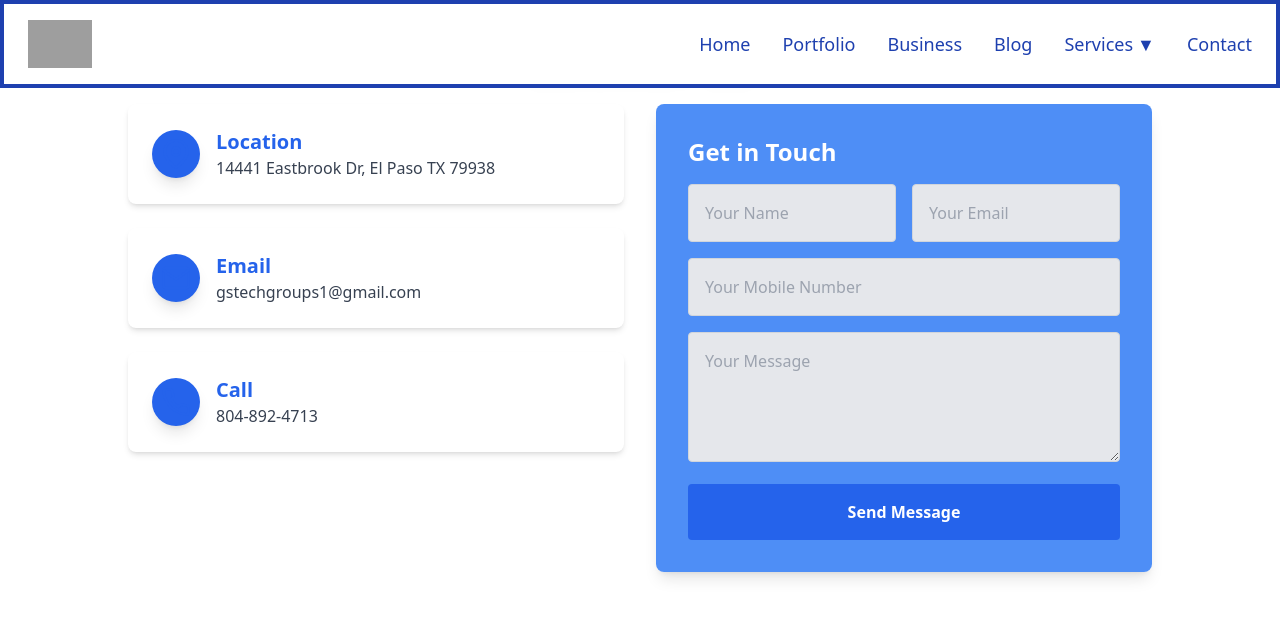
Repository: Rudra-Eswaran/Rudra_Official
Page: /
The author's editor kept a copy of each file at every save. The page is drawn from the files as they stood at one save, then again after the next save.
The browser window is 1280 px wide. The pictures show the whole page.
Pictures or frames that could not be fetched are drawn as grey boxes. Some web libraries are served in a nearby version. The project was rebuilt for these pictures with package versions that can differ from the ones it lists, and the page was loaded fresh each time. Also part of the build but not shown: vite.config.js.

Above is the page before, as saved 2025-04-15 18:54:12.

### index.html
<!doctype html>
<html lang="en">
  <head>
    <meta charset="UTF-8" />
    <link rel="icon" type="image/svg+xml" href="/vite.svg" />
    <meta name="viewport" content="width=device-width, initial-scale=1.0" />
    <title>Rudra Loading</title>
    <!-- Tailwind CSS CDN -->
<script src="https://cdn.tailwindcss.com"></script>

  </head>
  <body>
    <div id="root"></div>
    <script type="module" src="/src/main.jsx"></script>
  </body>
</html>

### src/App.jsx
import Navbar from "./components/Navbar";
import Contact from "./pages/Contactus";

export default function App() {
  return (
    <>
      <Navbar />
      <Contact/>
    </>
  );
}

### src/components/Navbar.jsx
import { useState, useEffect } from "react";
import { Link } from "react-router-dom";

const Navbar = () => {
  const [isOpen, setIsOpen] = useState(false);
  const [scrolled, setScrolled] = useState(false);

  // Detect when the user scrolls to change the navbar style
  useEffect(() => {
    const handleScroll = () => {
      setScrolled(window.scrollY > 10);
    };
    window.addEventListener("scroll", handleScroll);
    return () => window.removeEventListener("scroll", handleScroll);
  }, []);

  return (
    <nav
      className={`fixed top-0 left-0 w-full z-10 py-4 transition-all duration-300 ease-in-out ${
        scrolled ? "bg-white shadow-lg" : "bg-white"
      } border-4 border-blue-800`}
    >
      <div className="container-fluid px-4 md:px-6 mx-auto flex justify-between items-center">
        {/* Logo */}
        <div className="flex items-center space-x-2">
          <img
            src="path_to_your_logo.gif"
            alt="Logo"
            className="h-12 w-auto transition-transform transform hover:scale-110"
          />
        </div>

        {/* Desktop Menu */}
        <ul className="hidden md:flex space-x-8 text-lg font-medium text-blue-800">
          <li>
            <Link
              to="/"
              className="hover:text-blue-300 transition duration-300 ease-in-out transform hover:scale-105"
            >
              Home
            </Link>
          </li>
          <li>
            <Link
              to="/portfolio"
              className="hover:text-blue-300 transition duration-300 ease-in-out transform hover:scale-105"
            >
              Portfolio
            </Link>
          </li>
          <li>
            <Link
              to="/business"
              className="hover:text-blue-300 transition duration-300 ease-in-out transform hover:scale-105"
            >
              Business
            </Link>
          </li>
          <li>
            <Link
              to="/blog"
              className="hover:text-blue-300 transition duration-300 ease-in-out transform hover:scale-105"
            >
              Blog
            </Link>
          </li>

          {/* Services Dropdown */}
          <li className="relative">
            <button
              onClick={() => setIsOpen(!isOpen)}
              className="flex items-center hover:text-blue-300 transition duration-300 ease-in-out transform hover:scale-105"
            >
              Services
              <span className="ml-1 text-lg">{isOpen ? "▲" : "▼"}</span> {/* Chevron Arrow */}
            </button>
            {isOpen && (
              <ul className="absolute left-0 mt-2 space-y-2 bg-white shadow-lg text-blue-800 p-4 rounded-lg w-48">
                <li>
                  <Link
                    to="/products"
                    onClick={() => setIsOpen(false)}
                    className="block text-sm hover:text-blue-500 transition duration-300 ease-in-out transform hover:scale-105"
                  >
                    Products
                  </Link>
                </li>
                <li>
                  <Link
                    to="/services"
                    onClick={() => setIsOpen(false)}
                    className="block text-sm hover:text-blue-500 transition duration-300 ease-in-out transform hover:scale-105"
                  >
                    Services
                  </Link>
                </li>
                <li>
                  <Link
                    to="/edtech"
                    onClick={() => setIsOpen(false)}
                    className="block text-sm hover:text-blue-500 transition duration-300 ease-in-out transform hover:scale-105"
                  >
                    Edtech
                  </Link>
                </li>
              </ul>
            )}
          </li>

          <li>
            <Link
              to="/contact"
              className="hover:text-blue-300 transition duration-300 ease-in-out transform hover:scale-105"
            >
              Contact
            </Link>
          </li>
        </ul>

        {/* Mobile Menu Button */}
        <div className="md:hidden">
          <button
            onClick={() => setIsOpen(!isOpen)}
            className="text-blue-800 text-2xl transition-all ease-in-out duration-300"
          >
            {isOpen ? '❌' : '☰'}
          </button>
        </div>
      </div>

      {/* Mobile Menu */}
      {isOpen && (
        <ul className="md:hidden bg-white text-blue-800 p-6 space-y-4">
          <li>
            <Link
              to="/"
              onClick={() => setIsOpen(false)}
              className="block text-lg hover:text-blue-300 transition-all duration-300"
            >
              Home
            </Link>
          </li>
          <li>
            <Link
              to="/portfolio"
              onClick={() => setIsOpen(false)}
              className="block text-lg hover:text-blue-300 transition-all duration-300"
            >
              Portfolio
            </Link>
          </li>
          <li>
            <Link
              to="/business"
              onClick={() => setIsOpen(false)}
              className="block text-lg hover:text-blue-300 transition-all duration-300"
            >
              Business
            </Link>
          </li>
          <li>
            <Link
              to="/blog"
              onClick={() => setIsOpen(false)}
              className="block text-lg hover:text-blue-300 transition-all duration-300"
            >
              Blog
            </Link>
          </li>

          {/* Services Dropdown in Mobile */}
          <li className="relative">
            <button
              onClick={() => setIsOpen(!isOpen)}
              className="block text-lg hover:text-blue-300 transition-all duration-300 w-full text-left"
            >
              Services <span className="ml-1 text-lg">{isOpen ? "▲" : "▼"}</span> {/* Chevron Arrow */}
            </button>
            {isOpen && (
              <ul className="space-y-2 pl-4">
                <li>
                  <Link
                    to="/products"
                    onClick={() => setIsOpen(false)}
                    className="text-sm hover:text-blue-500 transition duration-300 ease-in-out transform hover:scale-105"
                  >
                    Products
                  </Link>
                </li>
                <li>
                  <Link
                    to="/services"
                    onClick={() => setIsOpen(false)}
                    className="text-sm hover:text-blue-500 transition duration-300 ease-in-out transform hover:scale-105"
                  >
                    Services
                  </Link>
                </li>
                <li>
                  <Link
                    to="/edtech"
                    onClick={() => setIsOpen(false)}
                    className="text-sm hover:text-blue-500 transition duration-300 ease-in-out transform hover:scale-105"
                  >
                    Edtech
                  </Link>
                </li>
              </ul>
            )}
          </li>

          <li>
            <Link
              to="/contact"
              onClick={() => setIsOpen(false)}
              className="block text-lg hover:text-blue-300 transition-all duration-300"
            >
              Contact
            </Link>
          </li>
        </ul>
      )}
    </nav>
  );
};

export default Navbar;

### src/pages/Contactus.jsx
import React, { useState } from "react";
import { motion } from "framer-motion";
import { FiPhone, FiMail, FiMapPin, FiX } from "react-icons/fi";  // Using react-icons for Phone, Email, Location
import { CONTACT_INFO, MODAL_MESSAGES, FORM_FIELDS, BUTTON_LABELS } from "../Constants"; // Import constants

const Contactus = ({ scrollToFooter }) => {
  const [formData, setFormData] = useState({ name: "", email: "", message: "", phone: "" });
  const [submitted, setSubmitted] = useState(false);
  const [loading, setLoading] = useState(false);
  const [showModal, setShowModal] = useState(false);

  const handleChange = (e) => {
    setFormData({ ...formData, [e.target.name]: e.target.value });
  };

  const handleSubmit = async (e) => {
    e.preventDefault();

    if (!formData.name || !formData.email || !formData.message || !formData.phone) {
      alert("Please fill in all the fields.");
      return;
    }

    const emailRegex = /^[^\s@]+@[^\s@]+\.[^\s@]+$/;
    if (!emailRegex.test(formData.email)) {
      alert("Please enter a valid email address.");
      return;
    }

    setLoading(true);
    try {
      const response = await fetch(`${import.meta.env.VITE_BACKEND_BASE_URL}/contact`, {
        method: "POST",
        headers: { "Content-Type": "application/json" },
        body: JSON.stringify(formData),
      });

      const result = await response.json();
      if (result.success) {
        setSubmitted(true);
        setShowModal(true);
        setFormData({ name: "", email: "", message: "", phone: "" });
        setTimeout(() => setShowModal(false), 4000);
      } else {
        alert("Failed to submit form");
      }
    } catch (err) {
      console.error("Error submitting form:", err);
      alert("Something went wrong!");
    } finally {
      setLoading(false);
    }
  };

  return (
    <motion.section
      initial={{ opacity: 0, y: 30 }}
      animate={{ opacity: 1, y: 0 }}
      transition={{ duration: 0.6, ease: "easeOut" }}
      className="relative text-black py-8 px-4 md:py-10 md:px-6 min-h-screen md:min-h-fit"
      style={{
        backgroundColor: "#ffffff", // White background
        backgroundSize: "cover",
        backgroundPosition: "center",
        backgroundRepeat: "no-repeat",
      }}
    >
      <div className="relative container mx-auto max-w-5xl text-center">
        <motion.h2
          className="text-3xl md:text-4xl font-bold text-blue-600 mb-6 uppercase drop-shadow-lg"
          initial={{ opacity: 0, y: -20 }}
          animate={{ opacity: 1, y: 0 }}
          transition={{ duration: 0.5 }}
          whileHover={{ textShadow: "0px 0px 10px rgba(0, 123, 255, 0.8)" }}
        >
          Contact Us
        </motion.h2>
      </div>

      <div className="relative container mx-auto grid grid-cols-1 md:grid-cols-2 gap-6 md:gap-8 max-w-5xl pb-0 mb-0">
        <div className="space-y-6">
          {Object.keys(CONTACT_INFO).map((key) => (
            <InfoBox
              key={key}
              icon={
                key === "location" ? (
                  <FiMapPin size={30} className="text-blue-600" />
                ) : key === "phone" ? (
                  <FiPhone size={30} className="text-blue-600" />
                ) : (
                  <FiMail size={30} className="text-blue-600" />
                )
              }
              title={CONTACT_INFO[key].title}
              text={CONTACT_INFO[key].text}
              onClick={scrollToFooter}
            />
          ))}
        </div>

        <div className="bg-blue-500 bg-opacity-90 p-6 md:p-8 rounded-lg shadow-lg">
          <motion.h3 whileHover={{ scale: 1.05, color: "#ffffff" }} className="text-xl md:text-2xl font-semibold mb-4 text-white">
            Get in Touch
          </motion.h3>
          <form onSubmit={handleSubmit} className="space-y-4">
            <div className="grid grid-cols-1 md:grid-cols-2 gap-4">
              <InputField type="text" name="name" placeholder={FORM_FIELDS.name} value={formData.name} handleChange={handleChange} />
              <InputField type="email" name="email" placeholder={FORM_FIELDS.email} value={formData.email} handleChange={handleChange} />
            </div>
            <InputField type="tel" name="phone" placeholder={FORM_FIELDS.phone} value={formData.phone} handleChange={handleChange} />
            <TextAreaField name="message" placeholder={FORM_FIELDS.message} value={formData.message} handleChange={handleChange} />
            <motion.button
              whileHover={{ scale: !loading ? 1.05 : 1 }}
              type="submit"
              disabled={loading}
              className={`w-full p-3 md:p-4 rounded text-white font-semibold transition ${
                loading ? "bg-gray-500 cursor-not-allowed" : "bg-blue-600 hover:bg-blue-700"
              }`}
            >
              {loading ? BUTTON_LABELS.sending : BUTTON_LABELS.send}
            </motion.button>
          </form>
        </div>
      </div>

      {showModal && (
        <div className="fixed inset-0 flex items-center justify-center z-50 bg-black bg-opacity-60">
          <motion.div
            initial={{ scale: 0.8, opacity: 0 }}
            animate={{ scale: 1, opacity: 1 }}
            className="bg-white text-black p-6 rounded-xl shadow-xl max-w-sm w-full relative"
          >
            <button
              onClick={() => setShowModal(false)}
              className="absolute top-2 right-2 text-gray-500 hover:text-red-500"
            >
              <FiX size={20} />
            </button>
            <h4 className="text-xl font-bold mb-2 text-blue-600">{MODAL_MESSAGES.success.title}</h4>
            <p>{MODAL_MESSAGES.success.message}</p>
          </motion.div>
        </div>
      )}
    </motion.section>
  );
};

const InfoBox = ({ icon, title, text, onClick }) => (
  <motion.div
    onClick={onClick}
    className="cursor-pointer bg-white p-4 md:p-6 rounded-lg flex items-center gap-4 shadow-md transition-transform transform hover:scale-103 hover:shadow-lg"
    whileHover={{ scale: 1.03, boxShadow: "0px 0px 10px rgba(0, 123, 255, 0.4)" }}
  >
    <motion.div
      className="w-12 h-12 flex items-center justify-center rounded-full bg-blue-600 text-white shadow-lg"
      whileHover={{ boxShadow: "0px 0px 15px rgba(0, 123, 255, 1)" }}
      transition={{ duration: 0.3 }}
    >
      {icon}
    </motion.div>
    <div>
      <h4 className="text-lg md:text-xl font-semibold text-blue-600">{title}</h4>
      <p className="text-gray-700">{text}</p>
    </div>
  </motion.div>
);

const InputField = ({ type, name, placeholder, value, handleChange }) => (
  <motion.input
    whileFocus={{ scale: 1.02 }}
    type={type}
    name={name}
    placeholder={placeholder}
    required
    value={value}
    onChange={handleChange}
    className="w-full p-3 md:p-4 rounded bg-gray-200 border border-gray-300 focus:border-blue-500 transition"
  />
);

const TextAreaField = ({ name, placeholder, value, handleChange }) => (
  <motion.textarea
    whileFocus={{ scale: 1.02 }}
    name={name}
    placeholder={placeholder}
    required
    rows="4"
    value={value}
    onChange={handleChange}
    className="w-full p-3 md:p-4 rounded bg-gray-200 border border-gray-300 focus:border-blue-500 transition"
  />
);

export default Contactus;

### src/Constants.jsx
// constants.js
export const CONTACT_INFO = {
    location: {
      title: "Location",
      text: "14441 Eastbrook Dr, El Paso TX 79938",
      icon: "FiMapPin",
    },
    email: {
      title: "Email",
      text: "gstechgroups1@gmail.com",
      icon: "FiMail",
    },
    phone: {
      title: "Call",
      text: "804-892-4713",
      icon: "FiPhone",
    },
  };

  export const MODAL_MESSAGES = {
    success: {
      title: "Success!",
      message: "Your message has been sent. We'll get back to you soon.",
    },
    error: {
      title: "Error",
      message: "Something went wrong. Please try again later.",
    },
  };

  export const FORM_FIELDS = {
    name: "Your Name",
    email: "Your Email",
    phone: "Your Mobile Number",
    message: "Your Message",
  };

  export const BUTTON_LABELS = {
    send: "Send Message",
    sending: "Sending...",
  };

Loaded but not shown: src/main.jsx (common file)

After the next save:
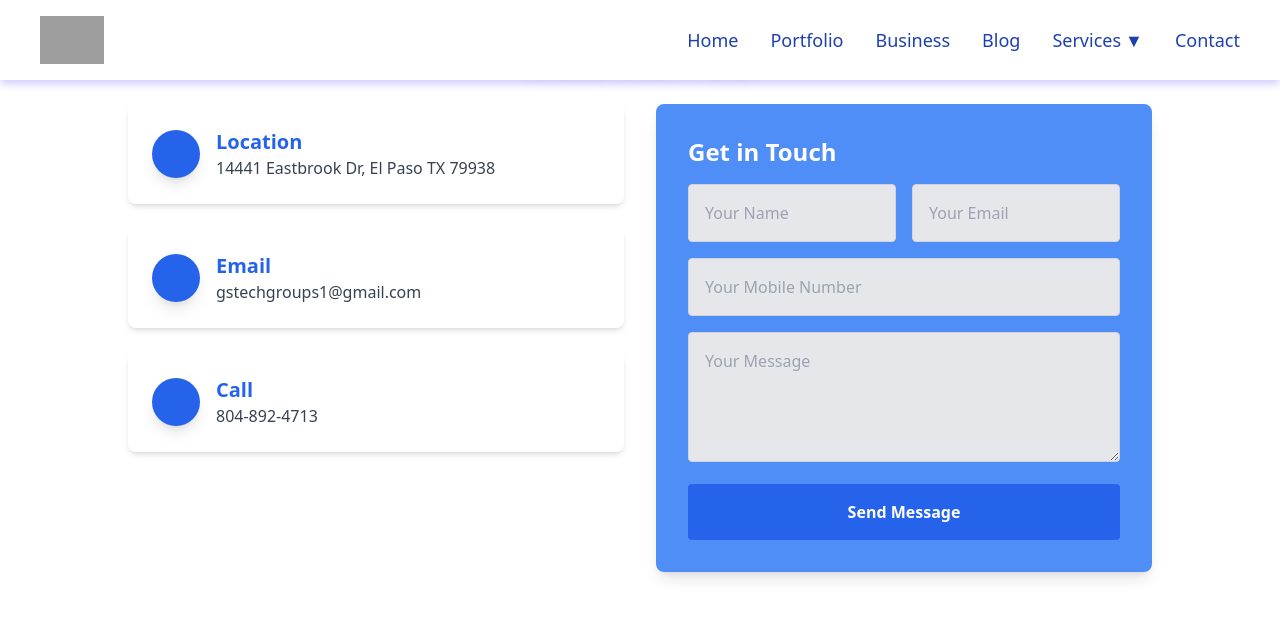
Saved 98 s later.
--- a/src/components/Navbar.jsx
+++ b/src/components/Navbar.jsx
@@ -18,9 +18,9 @@ const Navbar = () => {
     <nav
       className={`fixed top-0 left-0 w-full z-10 py-4 transition-all duration-300 ease-in-out ${
         scrolled ? "bg-white shadow-lg" : "bg-white"
-      } border-4 border-blue-800`}
+      } px-4 shadow-[0px_4px_8px_0px_rgba(0,0,255,0.2)]`} // Added px-4 for 15px gap and blue shadow
     >
-      <div className="container-fluid px-4 md:px-6 mx-auto flex justify-between items-center">
+      <div className="container-fluid md:px-6 mx-auto flex justify-between items-center">
         {/* Logo */}
         <div className="flex items-center space-x-2">
           <img
